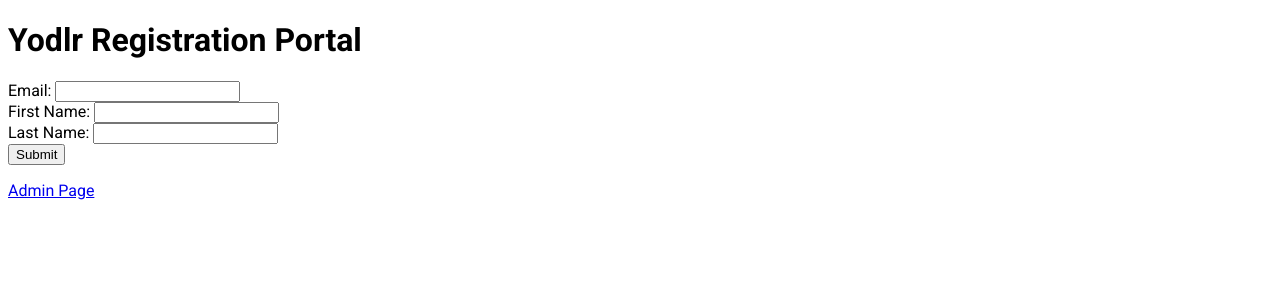
Repository: rmdayberry/yodlr-take-home
Page: public/signup.html
An editor plug-in stored every save of this project. The page is shown before and after the next save, followed by the edit.
The browser window is 1280 px wide. The pictures show the whole page.

Above is the page before, as saved 2024-10-09 08:40:58.

### public/signup.html
<!DOCTYPE html>
<html>
<head>
  <meta charset=utf-8>
  <title>Yodlr Registration Portal</title>
  <link rel="stylesheet" href="css/styles.css" />
  <script src="https://code.jquery.com/jquery-3.6.0.min.js"></script>
    <script>$(document).ready(function() {
      $('form').on('submit', function(e){
        e.preventDefault();
        const email = $('input[name="email"]').val();
        const firstName= $('input[name="firstName"]').val();
        const lastName= $('input[name="lastName"]').val();

        //Post user data to server
        $.ajax({
          type: 'POST',
          url: 'http://localhost:3000/users',
          data: JSON.stringify({email: email, firstName: firstName, lastName: lastName}),
          contentType: 'application/json',
          success: function(response){
            alert('User registered sucessfully: ' + JSON.stringify(response));
            $('form')[0].reset(); //form clear
          },
          error: function(err) {
            alert('Error registering user: ' + err.responseJSON.message);
          }
        });
      });
    });
      </script>
</head>
<body>
  <h1>Yodlr Registration Portal</h1>
  <form>
    Email: <input type="email" name="email" required></br>
    First Name: <input type="text" name="firstName" required></br>
    Last Name: <input type="text" name="lastName" required></br>
    <button type="submit">Submit</button>
  </form>
  <p>
    <a href="/admin.html">Admin Page</a>
  </p>
</body>
</html>

### public/css/styles.css
@import url("https://fonts.googleapis.com/css2?family=Roboto:wght@400;500;700&display=swap");

body {
  font-family: "Roboto", sans-serif;
}

After the next save:
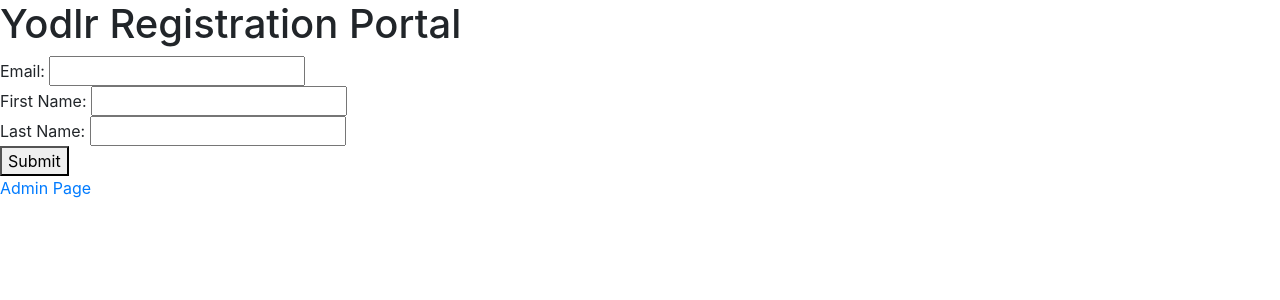
Saved 45 s later.
--- a/public/signup.html
+++ b/public/signup.html
@@ -4,6 +4,8 @@
   <meta charset=utf-8>
   <title>Yodlr Registration Portal</title>
   <link rel="stylesheet" href="css/styles.css" />
+  <link rel="stylesheet" href="https://stackpath.bootstrapcdn.com/bootstrap/4.5.2/css/bootstrap.min.css" />
+
   <script src="https://code.jquery.com/jquery-3.6.0.min.js"></script>
     <script>$(document).ready(function() {
       $('form').on('submit', function(e){
